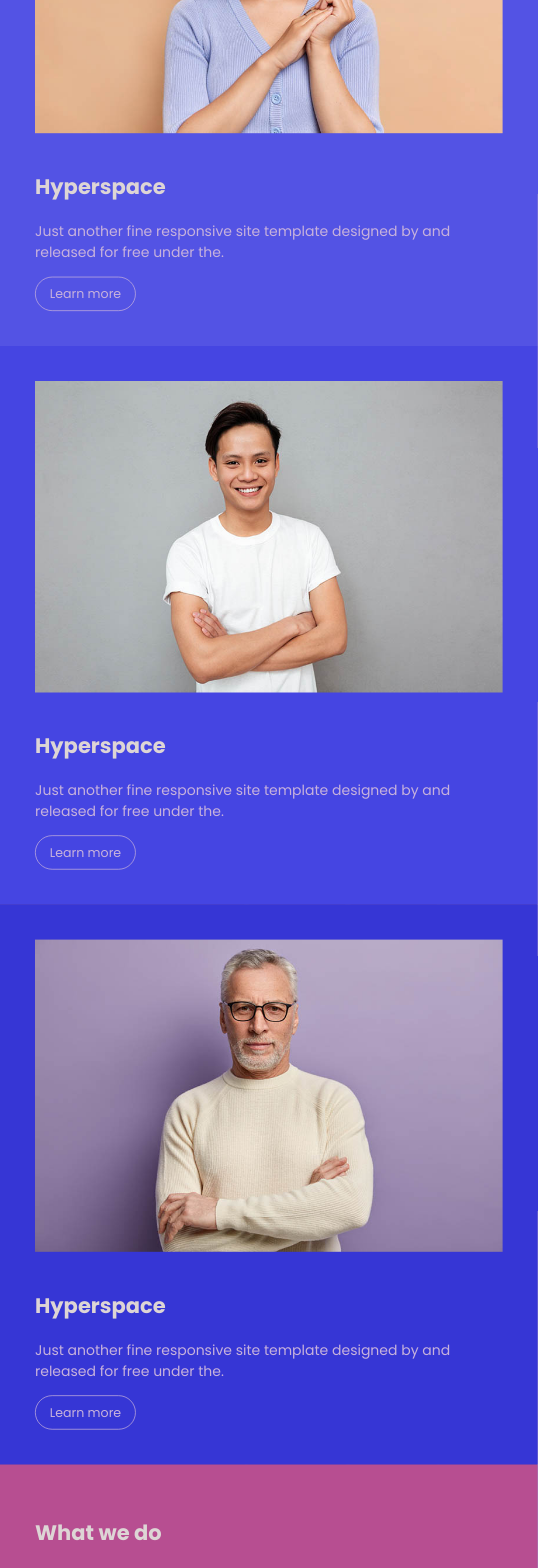
Repository: zai31/KIMIT_Tasks
Page: JsSession8/index.html
These files come from the project's save history. The page is drawn as it stood at one moment and after a run of saves; the edit follows.
The browser window is 768 px wide. The pictures show the part of the page from y = 1176 to 3416 px (the page is 5249 px tall before and 5077 px after), at 70% of full size.
Backgrounds fixed to the window are drawn as part of the page.

Above is the page before, as saved 2025-09-16 18:06:06.

### JsSession8/index.html
<!DOCTYPE html>
<html lang="en">
<head>
    <meta charset="UTF-8">
    <meta name="viewport" content="width=device-width, initial-scale=1.0">
    <link rel="stylesheet" href="./css/style.css">
	<link href="https://cdnjs.cloudflare.com/ajax/libs/font-awesome/6.5.2/css/all.min.css" rel="stylesheet">

    <title>Responsive</title>
</head>

<body>
    <section  class="flex-section">
        <div class="menu">
        <ul>
            <li><a href="#">welcome</a></li>
            <li><a href="#">who are we</a></li>
            <li><a href="#">what we do</a></li>
            <li><a href="#">get in touch</a></li>
        </ul>
</div>
<div class="section">
    <div class="content">
      <div class="intro">
							<h1>Hyperspace</h1>
							<p>Just another fine responsive site template designed by <a href="https://html5up.net">HTML5 UP</a><br>
							and released for free under the <a href="https://html5up.net/license">Creative Commons</a>.</p>
							<button>Learn more</button>

						</div>
    <div class="overview">
        <div class="s" style="background-color: rgb(83, 83, 228);">
           <img src="./images/1.jpg" alt="">

							<div ><h1>Hyperspace</h1>
                                <p>Just another fine responsive site template designed by
							and released for free under the.</p>
							<button>Learn more</button></div>
        </div>
        <div class="s" style="background-color: rgb(69, 69, 226);">
            <img src="./images/2.jpg" alt="">
							<div >
                                           	<h1>Hyperspace</h1>
<p>Just another fine responsive site template designed by
							and released for free under the.</p>
							<button>Learn more</button></div>
        </div>
        <div class="s" style="background-color: rgb(54, 54, 213);">
            <img src="./images/3.jpg" alt="">
							<div >
                                           	<h1>Hyperspace</h1>
<p>Just another fine responsive site template designed by
							and released for free under the.</p>
							<button>Learn more</button></div>
        </div>
    <div class="what">
							<h2 style="font-size: 30px;">What we do</h2>
							<p>Phasellus convallis elit id ullamcorper pulvinar. Duis aliquam turpis mauris, eu ultricies erat malesuada quis. Aliquam dapibus, lacus eget hendrerit bibendum, urna est aliquam sem, sit amet imperdiet est velit quis lorem.</p>
							<div class="features">
								<section style="border-radius:5px 0px 0px 0 ;">
									<span style="color: rgba(255, 255, 255, 0.759); font-size: 30px;" class="fa-solid fa-lock"></span>
									<h3 >Lorem ipsum amet</h3>
									<p>Phasellus convallis elit id ullam corper amet et pulvinar. Duis aliquam turpis mauris, sed ultricies erat dapibus.</p>
								</section>
								<section style="border-radius:0 5px 0px 0 ;">
									<span style="color: rgba(255, 255, 255, 0.759); font-size: 30px;" class="fa-solid fa-lock"></span>
									<h3>Aliquam sed nullam</h3>
									<p>Phasellus convallis elit id ullam corper amet et pulvinar. Duis aliquam turpis mauris, sed ultricies erat dapibus.</p>
								</section>
								<section>
									<span style="color: rgba(255, 255, 255, 0.759); font-size: 30px;" class="fa-solid  fa-cog"></span>
									<h3>Sed erat ullam corper</h3>
									<p>Phasellus convallis elit id ullam corper amet et pulvinar. Duis aliquam turpis mauris, sed ultricies erat dapibus.</p>
								</section>
								<section>
									<span style="color: rgba(255, 255, 255, 0.759); font-size: 30px;" class="fa-solid fa-desktop"></span>
									<h3>Veroeros quis lorem</h3>
									<p>Phasellus convallis elit id ullam corper amet et pulvinar. Duis aliquam turpis mauris, sed ultricies erat dapibus.</p>
								</section>
								<section style="border-radius:0 0px 0px 5px  ;">
									<span class="fa-solid fa-link" style="color: rgba(255, 255, 255, 0.759); font-size: 30px;"></span>
									<h3>Urna quis bibendum</h3>
									<p>Phasellus convallis elit id ullam corper amet et pulvinar. Duis aliquam turpis mauris, sed ultricies erat dapibus.</p>
								</section>
								<section style="border-radius:0 0px 5px 0 ;">
									<span class="fa-solid fa-gem" style="color: rgba(255, 255, 255, 0.759); font-size: 30px;" ></span>
									<h3>Aliquam urna dapibus</h3>
									<p>Phasellus convallis elit id ullam corper amet et pulvinar. Duis aliquam turpis mauris, sed ultricies erat dapibus.</p>
								</section>
							</div>
							<ul class="actions">
								<li style="list-style: none;"><a href="generic.html" class="button" style="text-decoration: none; color: thistle;">Learn more</a></li>
							</ul>

    </div>
                        </div>
	<div class="form">
		<h2 style="font-size: 30px;">Get in touch</h2>
							<p>Phasellus convallis elit id ullamcorper pulvinar. Duis aliquam turpis mauris, eu ultricies erat malesuada quis. Aliquam dapibus, lacus eget hendrerit bibendum, urna est aliquam sem, sit amet imperdiet est velit quis lorem.</p>
							<div class="formS"><form action="">
								<div class="fields">

								<div class="row">

									<div class="field">
										<label for="name">Name</label>
										<input type="text" name="name" id="name" />
									</div>
									<div class="field">
										<label for="email">Email</label>
										<input type="email" name="email" id="email" />
									</div></div>
									<div class="field">
										<label for="message">Message</label>
										<textarea name="message" id="message" rows="3"></textarea>
									</div>
								</div>
								<ul style="list-style: none;padding: 0px;" class="actions">
									<li><input type="submit" value="Send" /></li>
								</ul>
							</form>
							<div class="line"></div>
							<section>
								<ul style="list-style: none;" class="contact">
										<li>
											<h3>Address</h3>
											<span>12345 Somewhere Road #654<br>
											Nashville, TN 00000-0000<br>
											USA</span>
										</li>
										<li>
											<h3>Email</h3>
											<a href="#">user@untitled.tld</a>
										</li>
										<li>
											<h3>Phone</h3>
											<span>(000) 000-0000</span>
										</li>
										<li>
											<h3>Social</h3>
											<ul style="list-style: none; display: flex; padding: 0px;gap: 10px;" class="icons">
												<li><a href="#" class="fa-brands fa-twitter"><span class="label"></span></a></li>
												<li><a href="#" class="fa-brands fa-facebook"><span class="label"></span></a></li>
												<li><a href="#" class="fa-brands fa-github"><span class="label"></span></a></li>
												<li><a href="#" class="fa-brands fa-instagram"><span class="label"></span></a></li>
												<li><a href="#" class="fa-brands fa-linkedin-in"><span class="label"></span></a></li>
											</ul>
										</li>
									</ul>
							</section>

							</div>
	</div>
	<div class="footer">
					<ul style="list-style: none;color: rgba(240, 248, 255, 0.3);display:flex;gap: 10px;">
						<li >© Untitled. All rights reserved.</li>
						<li style="width: 1px; background-color: rgba(255, 255, 255, 0.253);height:16px;margin: auto 0;"></li>
						<li>Images: <a style="text-decoration: none;color: rgba(255, 255, 255, 0.253);" href="http://unsplash.com">Unsplash</a></li>
						<li style="width: 1px; background-color: rgba(255, 255, 255, 0.253);height:16px;margin: auto 0;"></li>

						<li>Design: <a  style="text-decoration: none;color: rgba(255, 255, 255, 0.253);"href="https://html5up.net">HTML5 UP</a></li>
					</ul>
				</div>
							</div>
                        </div>

                    </section>
</body>
</html>

### JsSession8/CSS/style.css
@import url("https://fonts.googleapis.com/css2?family=Poppins:ital,wght@0,100;0,200;0,300;0,400;0,500;0,600;0,700;0,800;0,900;1,100;1,200;1,300;1,400;1,500;1,600;1,700;1,800;1,900&display=swap");

* {
    box-sizing: border-box;
    font-family: "Poppins", sans-serif;
}

:root {
    --sidebar-color: #312450;
    --primary-color: #5e42a6;
    --secondary-color: #b74e91;
    --section-bg-color: #c7b2dc;
    --dark-color: #000000;
    --navbar-bg-color: #273053;
    --p-color: #717275;
    --highlight-icon-color: #ff0100;
    --main-transition: 0.5s all ease-in-out;
}


html,
body {
    height: 100%;
    margin: 0;
    padding: 0;
}

.flex-section {
    display: flex;
    flex-direction: row;

}

/*side bar*/
.flex-section .menu {
    min-height: 100vh;
    /* ensures sidebar spans at least the full screen */
    height: auto;
    /* lets it grow with content */
    width: 300px;
    top: 0;
    left: 0;
    position: fixed;
    background-color: var(--sidebar-color);
    padding: 145px 30px;
    box-shadow: 0 0 10px rgba(0, 0, 0, 0.1);
}



.flex-section .menu ul {
    list-style: none;
    padding: 0;
    margin: 0;
    text-align: right;
}

.flex-section .menu ul li {
    margin-bottom: 10px;
    font-size: 20px;
    position: relative;
    /* needed for ::after positioning */
    padding-bottom: 10px;
}

.flex-section .menu ul li a {
    text-decoration: none;
    color: #8b82a1;

}

.flex-section .menu ul li::after {
    content: "";
    position: absolute;
    left: 0;
    bottom: 0;
    width: 100%;
    /* stick to the bottom */
    height: 2px;
    background-color: #8b82a1;
    /* thickness of underline */
    transition: width 0.3s ease;
}

/*use js*/
.flex-section .menu ul li a:hover::after {
    width: 100%;
    /* expand underline on hover */
}


.flex-section .menu ul li a:hover {
    color: #b5b8bf;
}

.flex-section .menu ul li a:active {
    color: #5e42a6;
}

.flex-section .menu ul li a:active::after {
    background: linear-gradient(to right, #4b0082, #8b00ff, #981196);
}

/*****respponsive *****/
@media screen and (max-width: 1024px) {
  .flex-section {
    flex-direction: column; /* stack menu on top */
  }

  .flex-section .menu {
    position: relative;   /* no longer fixed on side */
    width: 100%;
    height: auto;
    min-height: auto;
    padding: 20px;
    display: flex;
    justify-content: center;
    align-items: center;
  }

  .flex-section .menu ul {
    display: flex;
    flex-direction: row;
    justify-content: center;
    gap: 20px;
    text-align: center;
    width: 100%;
  }

  .flex-section .menu ul li {
    margin: 0;
    padding: 0;
  }

  .flex-section .section {
    padding-left: 0;
  }
}

/**************content*************/

/*content first section */
.flex-section .section {
    flex: 1;
    background-color: var(--section-bg-color);
    background-attachment: fixed;
    background-image: url("../assets/css/images/Screenshot\ 2025-09-15\ 075920.png");
    background-position: top right;
    background-repeat: no-repeat;
    background-size: 100% 100%;
    padding-left: 300px;
}

.flex-section .section .content {
    display: flex;
    flex-direction: column;
    width: 100%;
}

.flex-section .section .content .intro {
    padding: 100px;
    width: 100%;
    height: 100vh;
}

.flex-section .section .content .intro h1 {
    color: rgb(221, 213, 213);
    font-size: 50px;
}

.flex-section .section .content .intro p,
.flex-section .section .content .intro a {
    color: var(--section-bg-color);
    font-size: 20px;
}

.flex-section .section .content .intro a:hover {
    color: #fefefe;
    text-decoration: none;
}

.flex-section .section .content .intro button {
    color: var(--section-bg-color);
    background-color: transparent;
    border: 1px solid var(--section-bg-color);
    padding: 10px 20px;
    border-radius: 25px;
    cursor: pointer;
    text-decoration: none;
    font-size: 18px;
}

.flex-section .section .content .intro button:hover {
    background-color: #6f54b6;
}




/*content second section */

.flex-section .section .content .overview .s {
    display: flex;
    flex-direction: row;
    align-items: center;
    gap: 30px;
}

.flex-section .section .content .overview .s h1 {
    color: rgb(221, 213, 213);
    font-size: 30px;
}

.flex-section .section .content .overview .s p {
    color: var(--section-bg-color);
    font-size: 20px;
}

.flex-section .section .content .overview .s button {
    color: var(--section-bg-color);
    background-color: transparent;
    border: 1px solid var(--section-bg-color);
    padding: 10px 20px;
    border-radius: 25px;
    cursor: pointer;
    text-decoration: none;
    font-size: 18px;
}

.flex-section .section .content .overview .s button:hover {
    background-color: rgb(77, 77, 246);
}

.flex-section .section .content .overview .s img {
    width: 40%;
}

/**responsive**/
@media screen and (min-width: 425px) and (max-width: 768px) and (orientation: portrait) {

    .flex-section .section {
        padding-left: 0; /* remove left offset since sidebar is gone */
    }
   .flex-section .section .content .overview .s {
        display: flex;
        flex-direction: column;
        padding: 50px;
    }
    .flex-section .section .content .overview .s img {
        width: 100%;
    }

}

/*what section*/

.flex-section .section .content .what {
    padding: 50px;
    width: 100%;
    background-color: var(--secondary-color);
}

.flex-section .section .content .what h3,
.flex-section .section .content .what h2 {
    color: rgb(221, 213, 213);
    font-size: 20px;
}
.flex-section .section .content .what p {
    color: #e0cee1;
    font-size: 15px;
}

.flex-section .section .content .what .features{
    display: flex;
    flex-direction: row;
    flex-wrap: wrap;
    background-color: #be5698;


}
.flex-section .section .content .what .features section {
 flex: 1 1 50%;     /* grow/shrink, ~half width with gap */
 border: 0.5px solid rgba(255, 255, 255, 0.248);
 box-sizing: border-box;
 padding: 30px;

}
.flex-section .section .content .what .actions {
   color: var(--section-bg-color);
    background-color: transparent;
    border: 1px solid var(--section-bg-color);
    padding: 10px 20px;
    border-radius: 25px;
    cursor: pointer;
    text-decoration: none;
    font-size: 18px;
    width: 150px;
}

 .what .actions:hover {
    background-color: rgb(212, 107, 177);
}
.features section span,
.features section h3 {
  display: inline-block;
  vertical-align: middle;
  margin: 0 5px;
}

/*form*/

.form {
    padding: 50px;
    width: 100%;
    background-color: var(--primary-color);

}
.form .formS
{
   display: flex;
   flex-direction: row;
}
.form h2 {
    color: rgba(221, 213, 213, 0.873);
    font-size: 30px;
}
.form p {
    color: #e0cee19d;
    font-size: 15px;
}
 .fields {
    display: flex;
    flex-direction: row;
    flex-wrap: wrap;
    width: 80%;
    border-radius: 10px;
    height: 80%;
    gap: 20px;
}

.field {
  display: flex;
  flex-direction: column;
  flex: 1; /* make name and email share equal width */
}
.field input, .field textarea{
    background-color: transparent;
    border: 1px solid #e0cee127;
    border-radius: 5px;
    cursor: pointer;
    text-decoration: none;
    font-size: 18px;
    color: #e0cee19d;
}
.field label {
    color: #e0cee19d;
    font-size: 17px;
}
.contact-info {
  flex: 1; /* right side column */
  color: #e0cee19d;
}

.form .fields .row {
    display: flex;
    flex-direction: row;
    flex-wrap: wrap;
    width: 100%;
    gap: 20px;}

    .field textarea
    {
        height: 200px;
    }
.line {
    width: 2px;
    background-color:#ffffff28; /* or border-left: 1px solid #e0cee127; */
    margin: 0 15px; /* spacing from form and contact info */
    align-self: stretch; /* makes it fill the full height of the flex container */
}
.formS .contact{
    width: 100%;
}
.formS .contact h3 {
    color: rgba(221, 213, 213, 0.873);
    font-size: 20px;
}
.formS .contact span {
    color: #e0cee19d;
    font-size: 15px;
}
.formS .actions input
{
    color: var(--section-bg-color);
    background-color: transparent;
    border: 1px solid var(--section-bg-color);
    padding: 10px 20px;
    border-radius: 25px;
    cursor: pointer;
    text-decoration: none;
    font-size: 16px;
    width: 140px;
    list-style: none;
}

.footer
{
    padding: 50px;
    width: 100%;
    height: 140px;
    background-color:#413167;
}

After the next 4 saves:
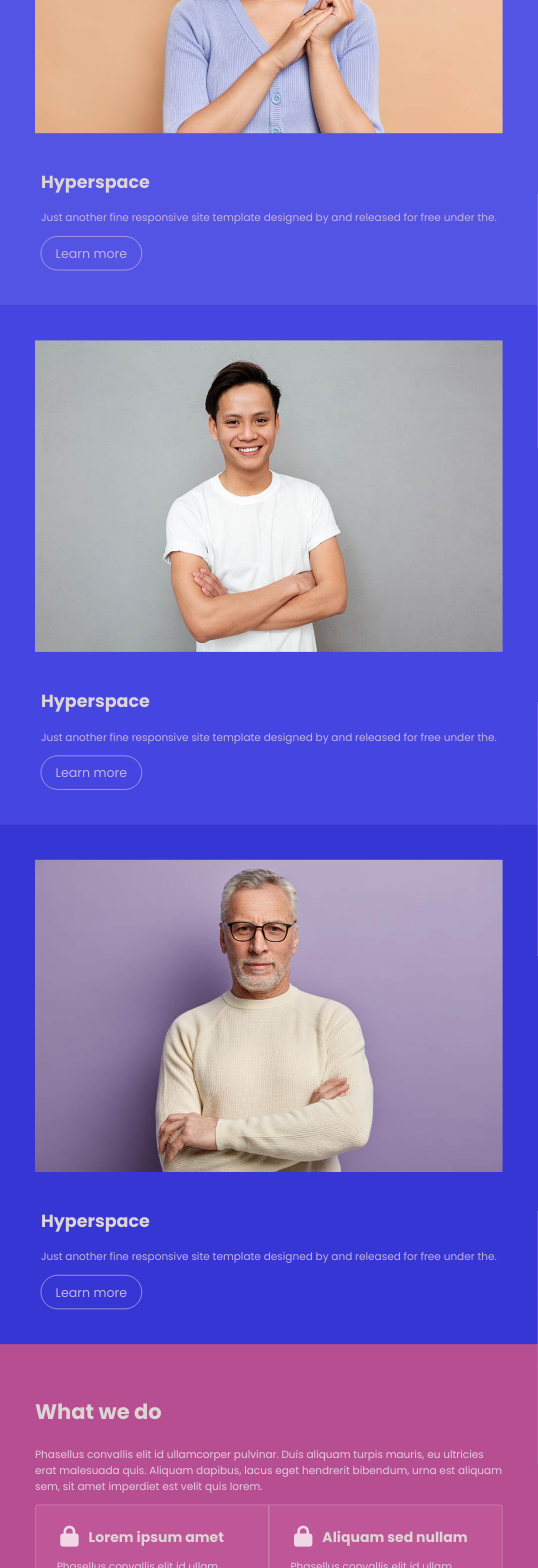
The 4 saves are shown as one change because they came seconds apart.
The last was saved 51 s later.
--- a/JsSession8/CSS/style.css
+++ b/JsSession8/CSS/style.css
@@ -246,6 +246,12 @@ body {
         flex-direction: column;
         padding: 50px;
     }
+    .flex-section .section .content .overview .s h1 {
+        font-size: 25px;
+    }
+    .flex-section .section .content .overview .s p {
+        font-size: 15px;
+    }
     .flex-section .section .content .overview .s img {
         width: 100%;
     }
